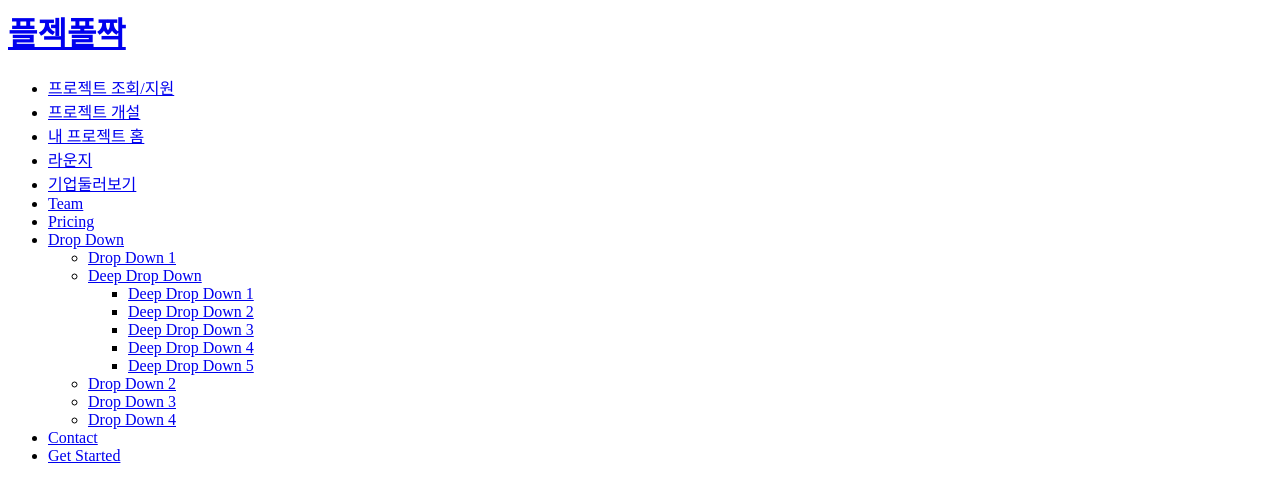
Repository: POLLJJAK/POLLJJAK
Page: http://localhost/POLLJJAK/common/Nav.jsp
These files come from the project's save history. The page is drawn as it stood at one moment and after the next save; the edit follows.
The browser window is 1280 px wide. The pictures show the whole page.
The page is served by Tomcat 9.

Above is the page before, as saved 2022-12-18 09:54:24.

After the next save:
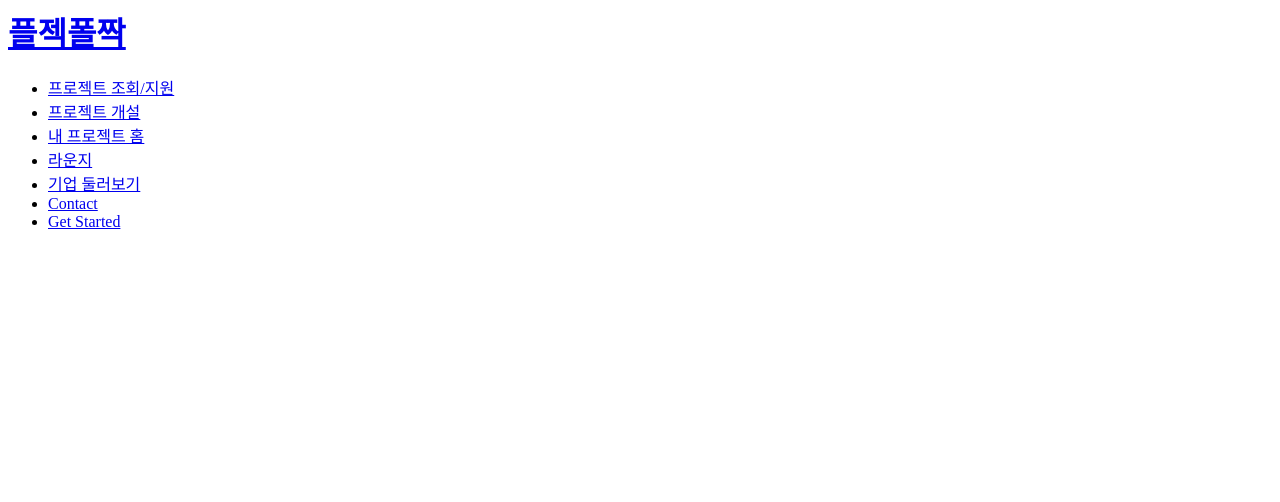
Saved 97 s later.
--- a/POLLJJAK/WebContent/common/Nav.jsp
+++ b/POLLJJAK/WebContent/common/Nav.jsp
@@ -19,9 +19,8 @@
           <li><a class="nav-link scrollto" href="#about">프로젝트 개설</a></li>
           <li><a class="nav-link scrollto" href="#services">내 프로젝트 홈</a></li>
           <li><a class="nav-link scrollto " href="#portfolio">라운지</a></li>
-          <li><a class="nav-link scrollto " href="#portfolio">기업둘러보기</a></li>
-          <li><a class="nav-link scrollto" href="#team">Team</a></li>
-          <li><a class="nav-link scrollto" href="#pricing">Pricing</a></li>
+          <li><a class="nav-link scrollto" href="#team">기업 둘러보기</a></li>
+         <!--  <li><a class="nav-link scrollto" href="#pricing">Pricing</a></li>
           <li class="dropdown"><a href="#"><span>Drop Down</span> <i class="bi bi-chevron-down"></i></a>
             <ul>
               <li><a href="#">Drop Down 1</a></li>
@@ -38,7 +37,7 @@
               <li><a href="#">Drop Down 3</a></li>
               <li><a href="#">Drop Down 4</a></li>
             </ul>
-          </li>
+          </li> -->
           <li><a class="nav-link scrollto" href="#contact">Contact</a></li>
           <li><a class="getstarted scrollto" href="#about">Get Started</a></li>
         </ul>
